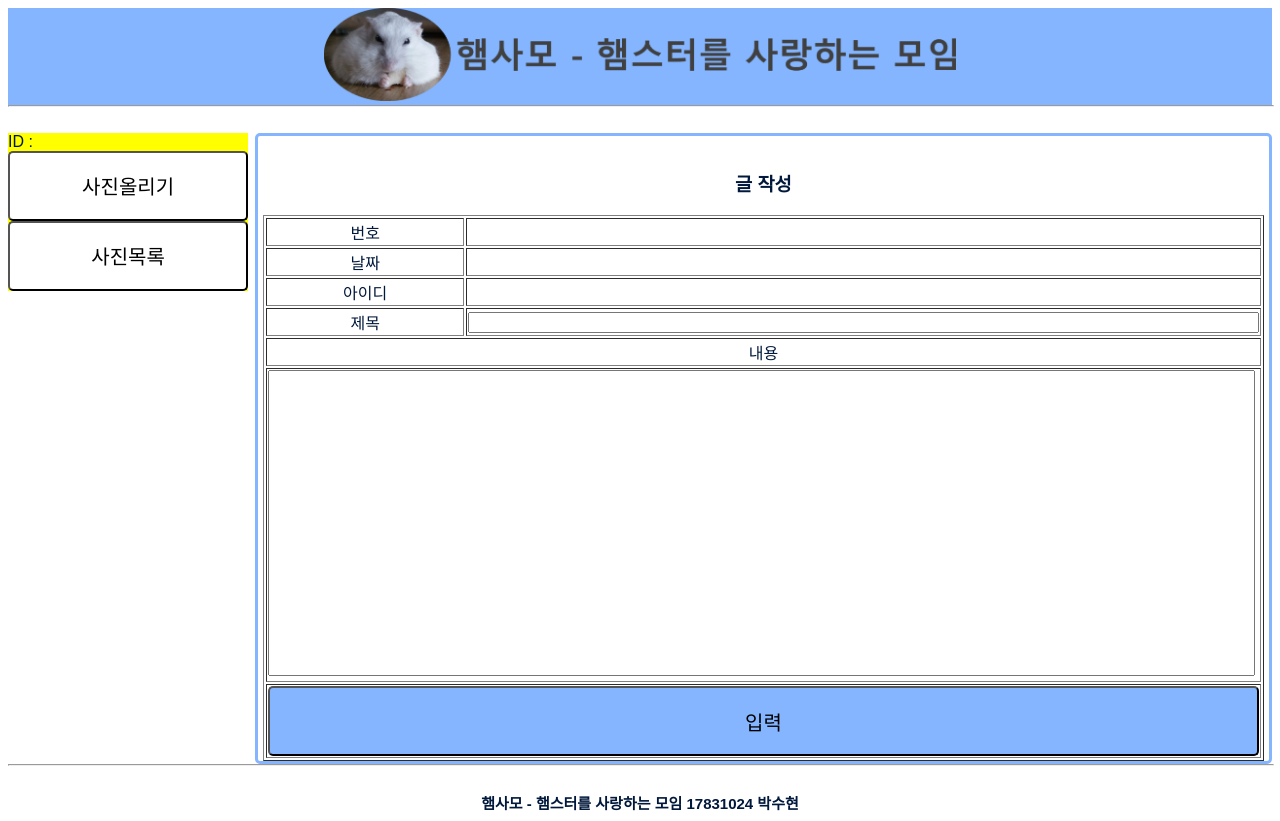
Repository: hyun5292/school
Page: http://localhost/HamSaMo/WEB-INF/views/board/writeForm.jsp
An editor plug-in stored every save of this project. The page is shown before and after the next save, followed by the edit.
The browser window is 1280 px wide. The pictures show the whole page.
The page is served by Tomcat 9. Nobody is signed in. The template is opened directly, without the code that normally fills it, so the values that code supplies are empty.

Above is the page before, as saved 2019-12-10 01:44:52.

After the next save:
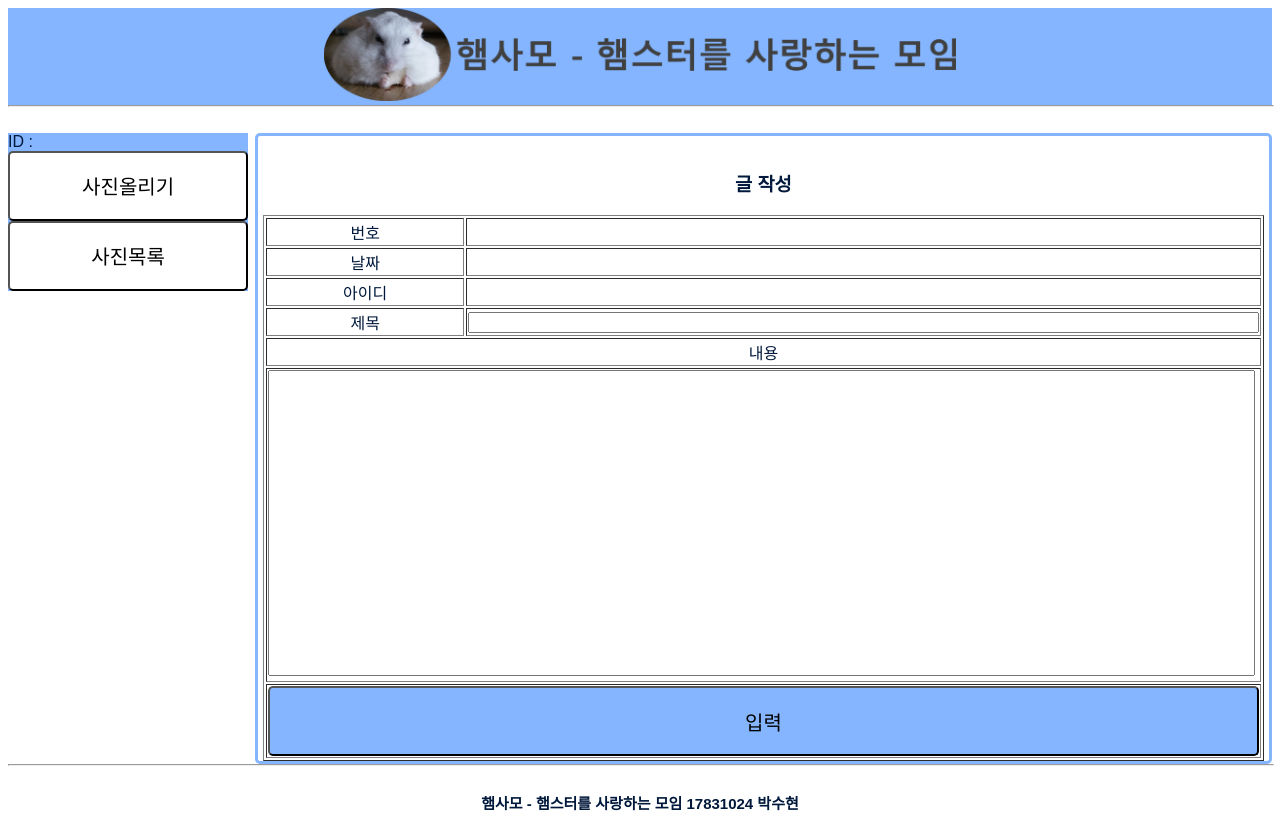
Saved 3 min 7 s later.
--- a/spring/HamSaMo/HamSaMo/src/main/webapp/WEB-INF/views/board/writeForm.jsp
+++ b/spring/HamSaMo/HamSaMo/src/main/webapp/WEB-INF/views/board/writeForm.jsp
@@ -25,7 +25,7 @@
 }
 
 #left {
-	background-color: yellow;
+	background-color: #84b5fe;
 	float: left;
 	width: 19%;
 	height: 80%;
